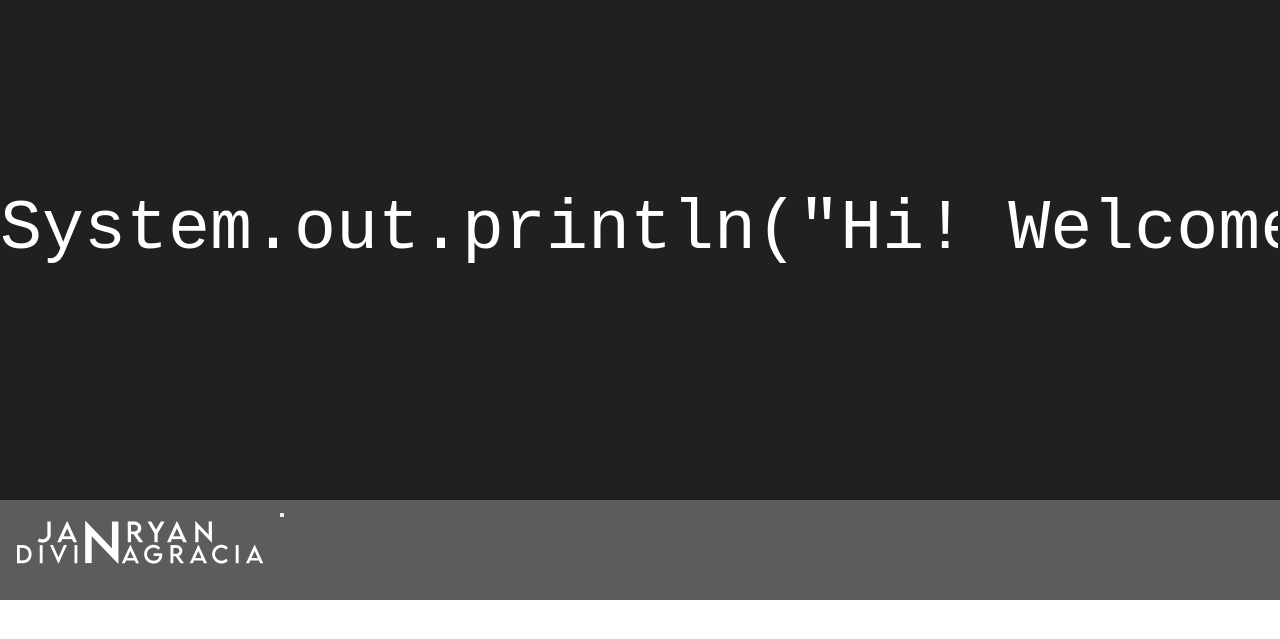
Repository: janry-gracia/Divinagracia_FinalProject
Page: Pages/storyofmylife.html
These files come from the project's save history. The page is drawn as it stood at one moment and after the next save; the edit follows.
The browser window is 1280 px wide. The pictures show the whole page.

Above is the page before, as saved 2021-05-18 00:49:25.
Console error: TypeError: Cannot read properties of null (reading 'addEventListener')

After the next save:
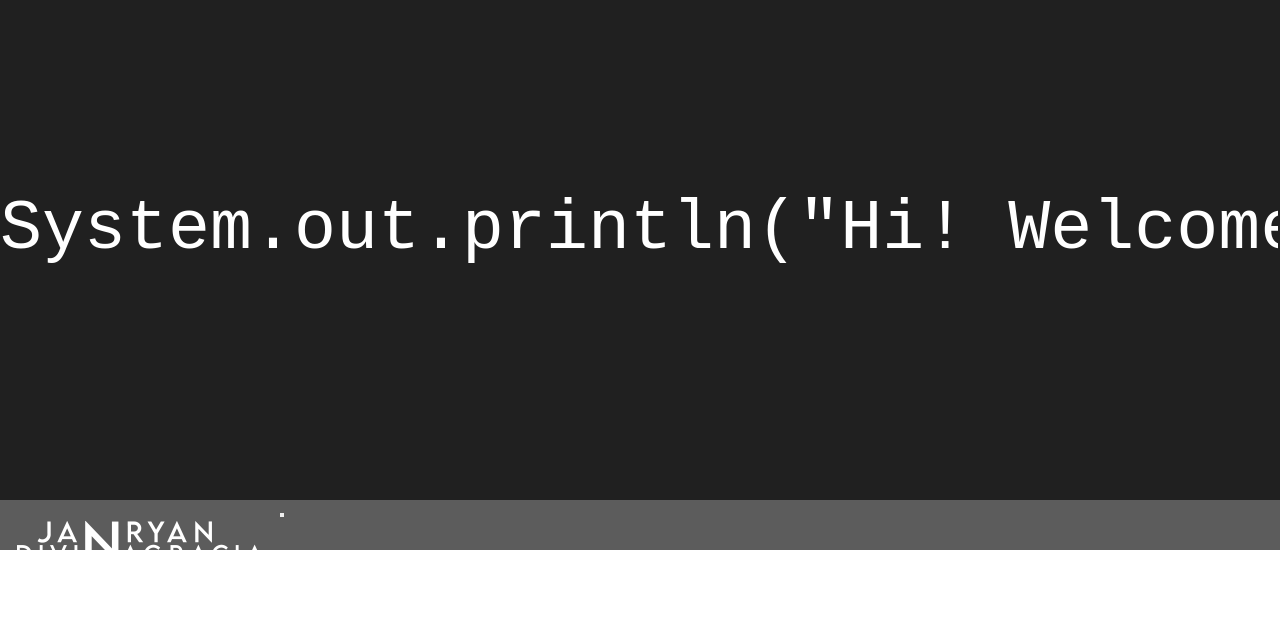
Saved 14 s later.
--- a/css/storyofmylife.css
+++ b/css/storyofmylife.css
@@ -41,10 +41,6 @@ p.message{
 
 .nav{
     background-color: rgb(92, 92, 92);
-    height:100px;
-}
-.nav-container{
-
 }
 
 
